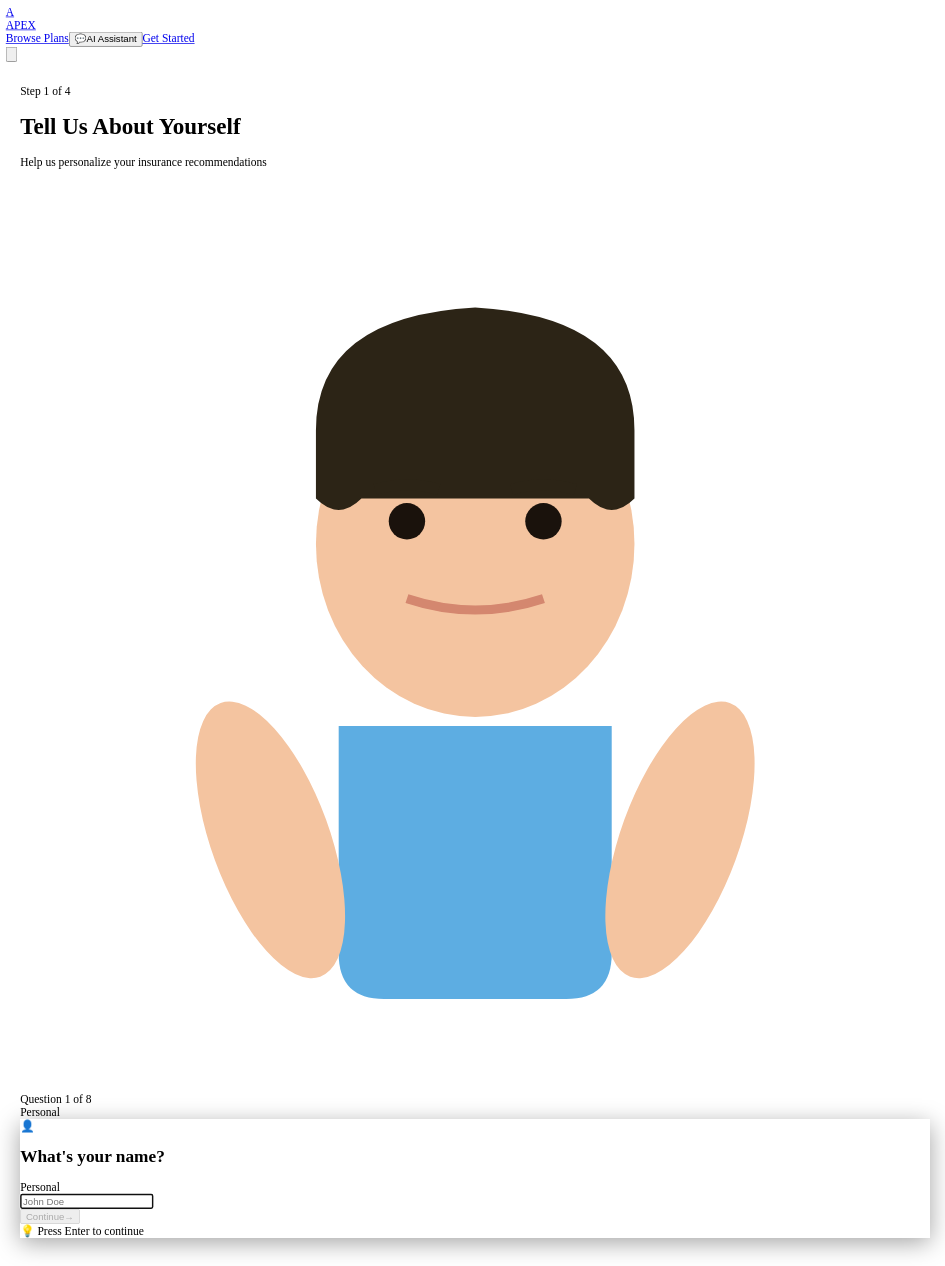
Repository: hmhhmm/Apex-AI-Driven-Insurance-Recommendation-System
Page: /onboarding/quick-assessment (app in client/)
The author's editor kept a copy of each file at every save. The page is drawn from the files as they stood at one save, then again after the next save.
The browser window is 1280 px wide. The page is 1312 px wide, so the pictures cover 1312 px, including what lies to the right of the window. The pictures show the whole page, at 72% of full size.
The project was rebuilt for these pictures with package versions that can differ from the ones it lists, and the page was loaded fresh each time. Also part of the build but not shown: client/src/components/chat/ChatHeader.tsx, client/src/components/chat/ChatMessages.tsx, client/src/components/chat/QuickActions.tsx, client/src/components/chat/ChatInput.tsx, client/src/components/landing/ParticleBackground.tsx, client/src/components/landing/AnimatedHero.tsx, client/src/components/landing/DashboardCard.tsx, client/src/pages/Landing.tsx and 11 more.

Above is the page before, as saved 2025-11-01 21:16:02.

After the next save:
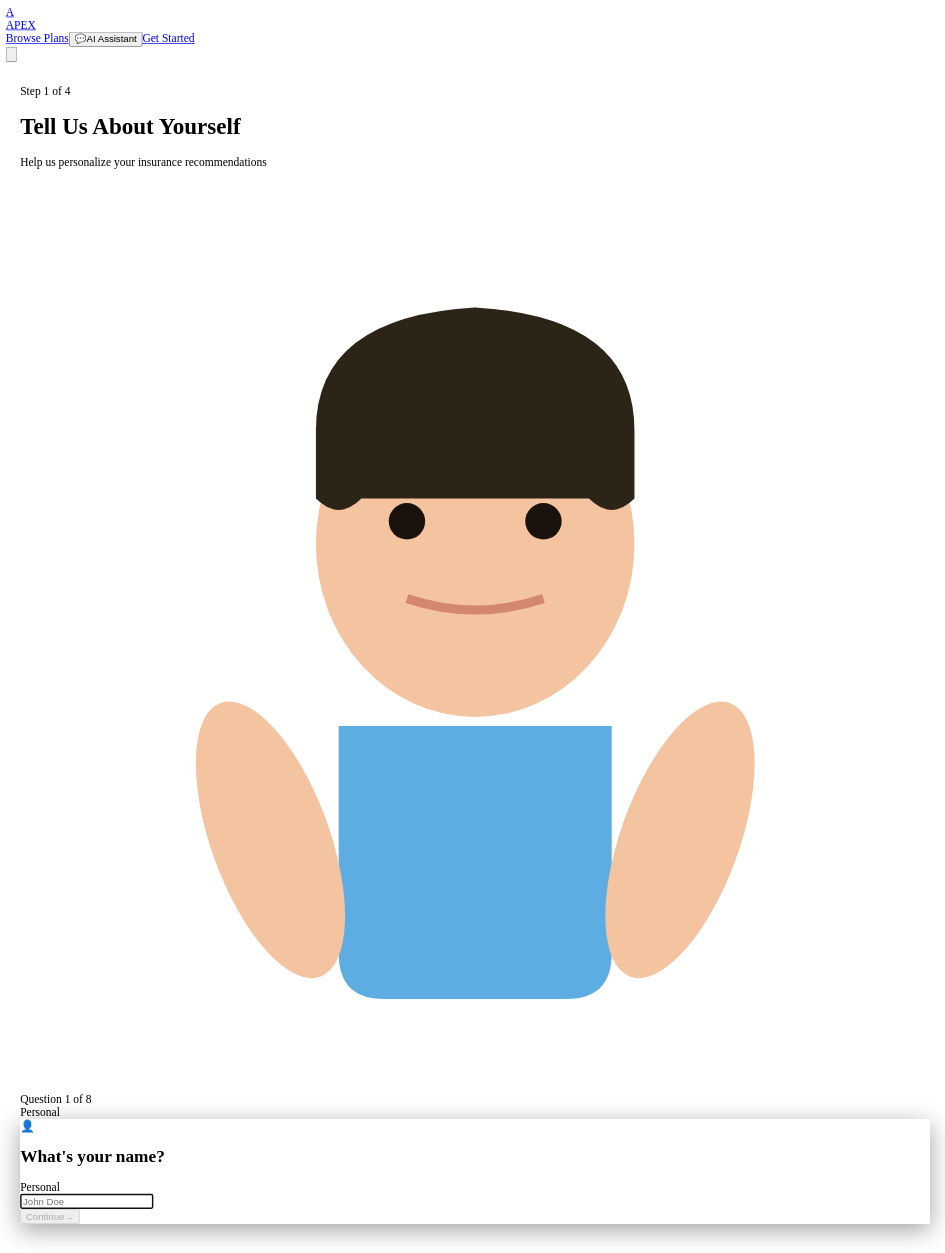
Saved 14 s later.
--- a/client/src/pages/onboarding/QuickAssessment.tsx
+++ b/client/src/pages/onboarding/QuickAssessment.tsx
@@ -448,36 +448,26 @@ export default function QuickAssessment() {
               </motion.button>
             </div>
 
-            {/* Hint */}
-            <motion.div
-              className="mt-4 text-center text-xs text-gray-500"
-              initial={{ opacity: 0 }}
-              animate={{ opacity: 1 }}
-              transition={{ delay: 1 }}
-            >
-              💡 Press Enter to continue
-            </motion.div>
           </motion.div>
         </AnimatePresence>
 
         {/* Question Dots */}
         <motion.div
-          className="flex justify-center gap-2 mt-6"
+          className="flex justify-center gap-2 mt-8"
           initial={{ opacity: 0 }}
           animate={{ opacity: 1 }}
-          transition={{ delay: 0.5 }}
+          transition={{ delay: 0.3 }}
         >
           {questions.map((_, i) => (
             <motion.div
               key={i}
-              className={`h-2 rounded-full transition-all ${
+              className={`h-1.5 rounded-full transition-all ${
                 i === currentStep
                   ? 'w-8 bg-gradient-to-r from-blue-500 to-purple-500'
                   : i < currentStep
-                  ? 'w-2 bg-green-500'
-                  : 'w-2 bg-zinc-800'
+                  ? 'w-1.5 bg-blue-500/50'
+                  : 'w-1.5 bg-white/20'
               }`}
-              whileHover={{ scale: 1.2 }}
             />
           ))}
         </motion.div>
